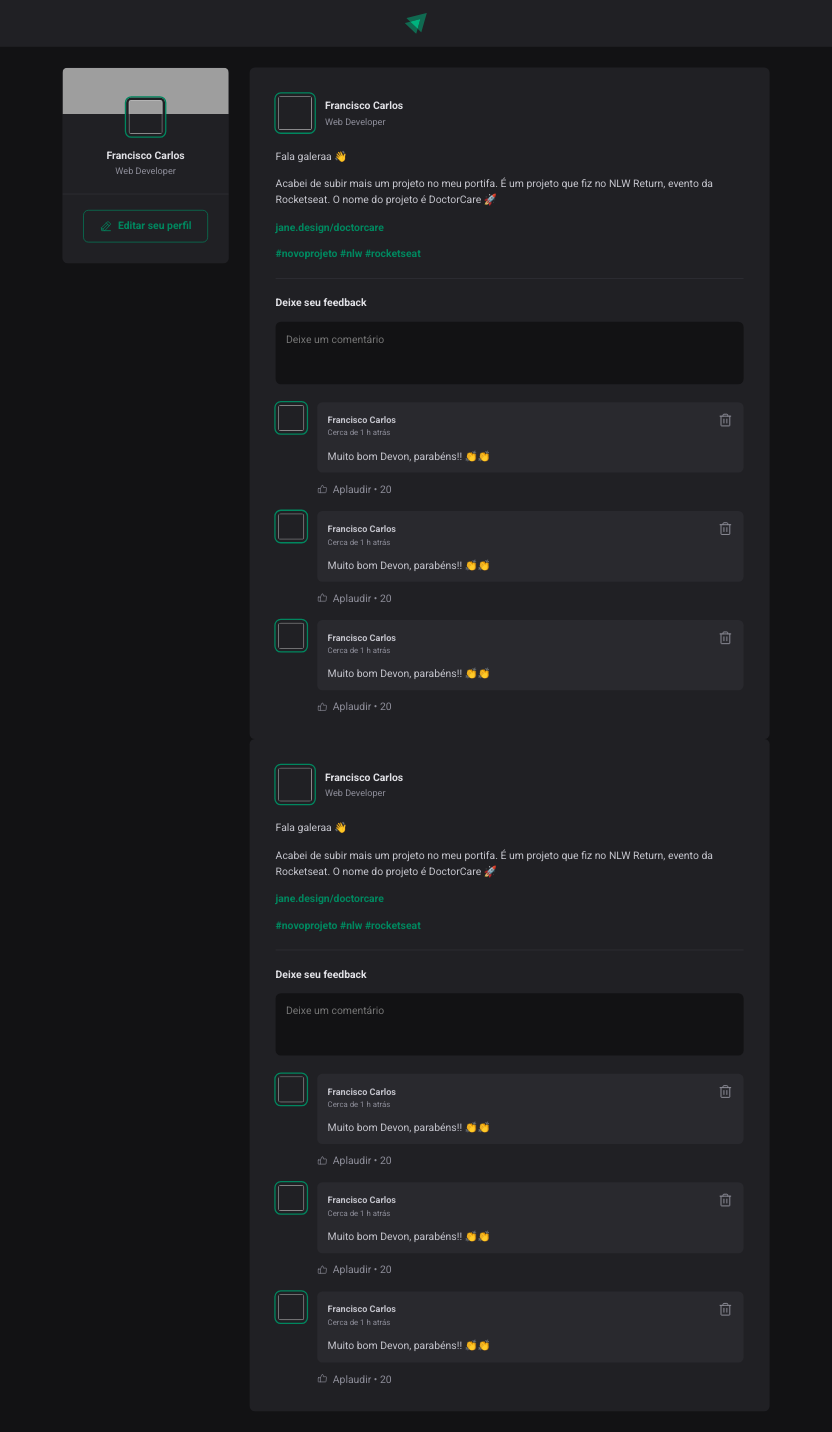
Repository: ch1coon/AulasRocketseat
Page: / (app in Ignite/aulas/01-fundamentos-reactjs/)
The author's editor kept a copy of each file at every save. The page is drawn from the files as they stood at one save, then again after the next save.
The browser window is 1280 px wide. The pictures show the whole page, at 65% of full size.
Pictures or frames that could not be fetched are drawn as grey boxes. The project was rebuilt for these pictures with package versions that can differ from the ones it lists, and the page was loaded fresh each time. Also part of the build but not shown: Ignite/aulas/01-fundamentos-reactjs/vite.config.js.

Above is the page before, as saved 2023-08-12 09:30:39.

### Ignite/aulas/01-fundamentos-reactjs/index.html
<!DOCTYPE html>
<html lang="en">
  <head>
    <meta charset="UTF-8" />
    <link rel="preconnect" href="https://fonts.googleapis.com" />
    <link rel="preconnect" href="https://fonts.gstatic.com" crossorigin />

    <link rel="icon" type="image/svg+xml" href="/vite.svg" />
    <meta name="viewport" content="width=device-width, initial-scale=1.0" />

    <link
      href="https://fonts.googleapis.com/css2?family=Roboto:wght@400;700&display=swap"
      rel="stylesheet"
    />
    <title>Vite + React</title>
  </head>
  <body>
    <div id="root"></div>
    <script type="module" src="/src/main.jsx"></script>
  </body>
</html>

### Ignite/aulas/01-fundamentos-reactjs/src/App.jsx
import { Post } from "./components/Post";
import { Header } from "./components/Header";
import { Sidebar } from "./components/Sidebar";

import styles from "./App.module.css";

import "./global.css";

export function App() {
  return (
    <div>
      <Header />

      <div className={styles.wrapper}>
        <Sidebar/>
        <main>
          <Post
            author="Diego Fernandes"
            content="Lorem ipsum dolor sit amet consectetur adipisicing elit. Rerum dolorem fuga odio voluptas voluptate rem dolores earum culpa, voluptatibus id nisi, qui, quae tempore quas facilis numquam blanditiis modi autem."
          />
          <Post
            author="Gabriel Guzzi"
            content="Lorem ipsum dolor sit amet consectetur adipisicing elit. Rerum dolorem fuga odio voluptas voluptate rem dolores earum culpa, voluptatibus id nisi, qui, quae tempore quas facilis numquam blanditiis modi autem."
          />
        </main>
      </div>
    </div>
  );
}

### Ignite/aulas/01-fundamentos-reactjs/src/components/Post.jsx
import { Avatar } from "./Avatar";
import { Comment } from "./Comment";
import styles from "./Post.module.css";

export function Post() {
  return (
    <article className={styles.post}>
      <header>
        <div className={styles.author}>
          <Avatar src="https://github.com/ch1coon.png" />
          <div className={styles.authorInfo}>
            <strong>Francisco Carlos</strong>
            <span>Web Developer</span>
          </div>
        </div>

        <time title="11 de Maio às 08:51" dateTime="2023-07-26 08:49:38"></time>
      </header>

      <div className={styles.content}>
        <p>Fala galeraa 👋</p>

        <p>
          Acabei de subir mais um projeto no meu portifa. É um projeto que fiz
          no NLW Return, evento da Rocketseat. O nome do projeto é DoctorCare 🚀
        </p>

        <p>
          <a href="">jane.design/doctorcare</a>
        </p>

        <p>
          <a href="">#novoprojeto</a> <a href="">#nlw</a>{" "}
          <a href="">#rocketseat</a>{" "}
        </p>
      </div>

      <form className={styles.commentForm}>
        <strong>Deixe seu feedback</strong>
        <textarea placeholder="Deixe um comentário" />

        <footer>
          <button type="submit">Publicar</button>
        </footer>
      </form>

      <div className={styles.commentList}>
        <Comment />
        <Comment />
        <Comment />
      </div>
    </article>
  );
}

### Ignite/aulas/01-fundamentos-reactjs/src/components/Header.jsx
import styles from "./Header.module.css";

import igniteLogo from '../assets/Ignite-logo.svg';

export function Header() {
  return (
    <header className={styles.header}>
      <img src={igniteLogo} alt="Logotipo do Ignite" />
    </header>
  );
}

### Ignite/aulas/01-fundamentos-reactjs/src/components/Sidebar.jsx
import { PencilLine } from "phosphor-react";

import styles from "./Sidebar.module.css";
import { Avatar } from "./Avatar";

export function Sidebar() {
  return (
    <aside className={styles.sidebar}>
      <img
        className={styles.cover}
        src="https://images.unsplash.com/photo-1571757767119-68b8dbed8c97?ixlib=rb-4.0.3&ixid=M3wxMjA3fDB8MHxwaG90by1wYWdlfHx8fGVufDB8fHx8fA%3D%3D&auto=format&fit=crop&w=500&q=50"
      />
      <div className={styles.profile}>
        <Avatar src="https://github.com/ch1coon.png" />
        <strong> Francisco Carlos</strong>
        <span>Web Developer</span>
      </div>

      <footer>
        <a href="#">
          <PencilLine size={20} />
          Editar seu perfil
        </a>
      </footer>
    </aside>
  );
}

### Ignite/aulas/01-fundamentos-reactjs/src/App.module.css
.wrapper {
    max-width: 70rem;
    margin: 2rem auto;
    padding: 0 1rem;

    display: grid;
    grid-template-columns: 256px 1fr;
    gap: 2rem;
    align-items: flex-start;

}

### Ignite/aulas/01-fundamentos-reactjs/src/global.css
:root {
  --white: #fff;
  --gray-100: #e1e1e6;
  --gray-300: #c4c4cc;
  --gray-400: #8d8d99;
  --gray-600: #323238;
  --gray-700: #29292e;
  --gray-800: #202024;
  --gray-900: #121214;

  --green-300: #00837e;
  --green-500: #00875f;

  --red-500: #f75a68;
}

:focus {
  outline: transparent;
  box-shadow: 0 0 0 2px var(--green-500);
}

* {
  margin: 0;
  padding: 0;
  box-sizing: border-box;
}

body {
  background: var(--gray-900);
  color: var(--gray-300);
  -webkit-font-smoothing: antialiased;
}

body,
input,
textarea,
button {
  font-family: "Roboto", sans-serif;
  font-weight: 400;
  font-size: 1rem;
}

### Ignite/aulas/01-fundamentos-reactjs/src/components/Avatar.jsx
import styles from "./Avatar.module.css";

export function Avatar(props) {
  const hasBorder = props.hasBorder != false;

  return (
    <img
      className={hasBorder ? styles.avatarWithBorder : styles.avatar}
      src={props.source}
    />
  );
}

### Ignite/aulas/01-fundamentos-reactjs/src/components/Comment.jsx
import { Avatar } from "./Avatar";
import styles from "./Comment.module.css";
import { ThumbsUp, Trash } from "phosphor-react";

export function Comment() {
  return (
    <div className={styles.comment}>
      <Avatar src="https://github.com/ch1coon.png" />

      <div className={styles.commentBox}>
        <div className={styles.commentContent}>
          <header>
            <div className={styles.authorAndTime}>
              <strong>Francisco Carlos</strong>
              <time title="11 de Maio às 08:51" dateTime="2023-07-26 08:49:38">
                Cerca de 1 h atrás
              </time>
            </div>
            <button title="Deletar comentário">
              <Trash size={24} />
            </button>
          </header>

          <p>Muito bom Devon, parabéns!! 👏👏</p>
        </div>
        <footer>
          <button>
            <ThumbsUp />
            Aplaudir <span>20</span>
          </button>
        </footer>
      </div>
    </div>
  );
}

### Ignite/aulas/01-fundamentos-reactjs/src/components/Post.module.css
.post {
  background: var(--gray-800);
  border-radius: 8px;
  padding: 2.5rem;
}

.post + post {
  margin-top: 2rem;
}

.content {
  line-height: 1.6;
  color: var(--gray-300);
  margin-top: 1.5rem;
}

.content p {
  margin-top: 1rem;
}

.content a {
  font-weight: bold;
  color: var(--green-500);
  text-decoration: none;
}

.content a:hover {
  color: var(--green-300);
}

.post > header {
  display: flex;
  align-items: center;
  justify-content: space-between;
}

.post > header time {
  font-size: 0.875rem;
  color: var(--gray-400);
}

.author {
  display: flex;
  align-items: center;
  gap: 1rem;
}

.authorInfo strong {
  display: block;
  color: var(--gray-100);
  line-height: 1.6;
}

.authorInfo span {
  display: block;
  font-size: 0.875rem;
  color: var(--gray-400);
  line-height: 1.6;
}

.commentForm {
  width: 100%;
  margin-top: 1.5rem;
  padding-top: 1.5rem;
  border-top: 1px solid var(--gray-600);
}

.commentForm > strong {
  line-height: 1.6;
  color: var(--gray-100);
}

.commentForm textarea {
  width: 100%;
  background: var(--gray-900);
  border: 0;
  resize: none;
  height: 6rem;
  padding: 1rem;
  border-radius: 8px;
  color: var(--gray-100);
  line-height: 1.4;
  margin-top: 1rem;
}

.commentForm footer {
  visibility: hidden;
  max-height: 0;
}

.commentForm:focus-within footer {
  visibility: visible;
  max-height: none;
}

.commentForm button[type="submit"] {
  padding: 1rem 1.5rem;
  margin-top: 1rem;
  border-radius: 8px;
  border: 0;
  background: var(--green-500);
  color: var(--white);
  font-weight: bold;
  cursor: pointer;
  transition: background-color 0.1s;
}

.commentForm button[type="submit"]:hover {
  background: var(--green-300);
}

### Ignite/aulas/01-fundamentos-reactjs/src/components/Header.module.css
.header {
  background: var(--gray-800);
  display: flex;
  justify-content: center;
  padding: 1.25rem 0 ;
}

.header img {
    height: 2rem;
}

### Ignite/aulas/01-fundamentos-reactjs/src/components/Sidebar.module.css
.sidebar {
  background: var(--gray-800);
  border-radius: 8px;
  overflow: hidden;
}

.cover {
  width: 100%;
  height: 72px;
  object-fit: cover;
}

.profile {
  display: flex;
  flex-direction: column;
  align-items: center;

  margin-top: calc(0px - 1.5rem - 6px);
}

.profile strong {
  margin-top: 1rem;
  color: var(--gray-100);
  line-height: 1.6;
}

.profile span {
  font-size: 0.875rem;
  color: var(--gray-400);
  line-height: 1.6;
}

.sidebar footer {
  border-top: 1px solid var(--gray-600);
  margin-top: 1.5rem;
  padding: 1.5rem 2rem 2rem;
}

.sidebar footer a {
  background: transparent;
  color: var(--green-500);
  border: 1px solid var(--green-500);
  border-radius: 8px;
  height: 50px;
  padding: 0 1.5rem;
  font-weight: bold;
  display: block;
  text-decoration: none;
  display: flex;
  align-items: center;
  justify-content: center;

  gap: 0.5rem;

  transition: color 0.1s, background-color 0.1s;
}

.sidebar footer a:hover {
  background: var(--green-500);
  color: var(--white);
}

### Ignite/aulas/01-fundamentos-reactjs/src/components/Comment.module.css
.comment {
  margin-top: 1.5rem;
  display: flex;
  gap: 1rem;
}

.comment > img {
  width: 3rem;
  height: 3rem;
  border-radius: 8px;
}

.commentBox {
  flex: 1;
}

.commentContent {
  background: var(--gray-700);
  border-radius: 8px;
  padding: 1rem;
}

.commentContent header {
  display: flex;
  align-items: flex-start;
  justify-content: space-between;
}

.authorAndTime strong {
  display: block;
  font-size: 0.875rem;
  line-height: 1.6;
}

.authorAndTime time {
  display: block;
  font-size: 0.75rem;
  line-height: 1.6;
  color: var(--gray-400);
}

.commentContent header button {
  background: transparent;
  border: 0;
  color: var(--gray-400);
  cursor: pointer;
  line-height: 0;
  border-radius: 2px;
}

.commentContent header button:hover {
  color: var(--red-500);
}

.commentContent p {
  margin-top: 1rem;
  color: var(--gray-300);
}

.commentBox footer {
  margin-top: 1rem;
}

.commentBox footer button {
  background: transparent;
  border: 0;
  color: var(--gray-400);
  cursor: pointer;
  display: flex;
  align-items: center;
  border-radius: 2px;
}

.commentBox footer button:hover {
  color: var(--green-300);
}

.commentBox footer button svg {
  margin-right: 0.5rem;
}

.commentBox footer button span::before {
  content: "\2022";
  padding: 0 0.25rem;
}

Loaded but not shown: Ignite/aulas/01-fundamentos-reactjs/src/main.jsx (common file); Ignite/aulas/01-fundamentos-reactjs/src/components/Avatar.module.css (common file)

After the next save:
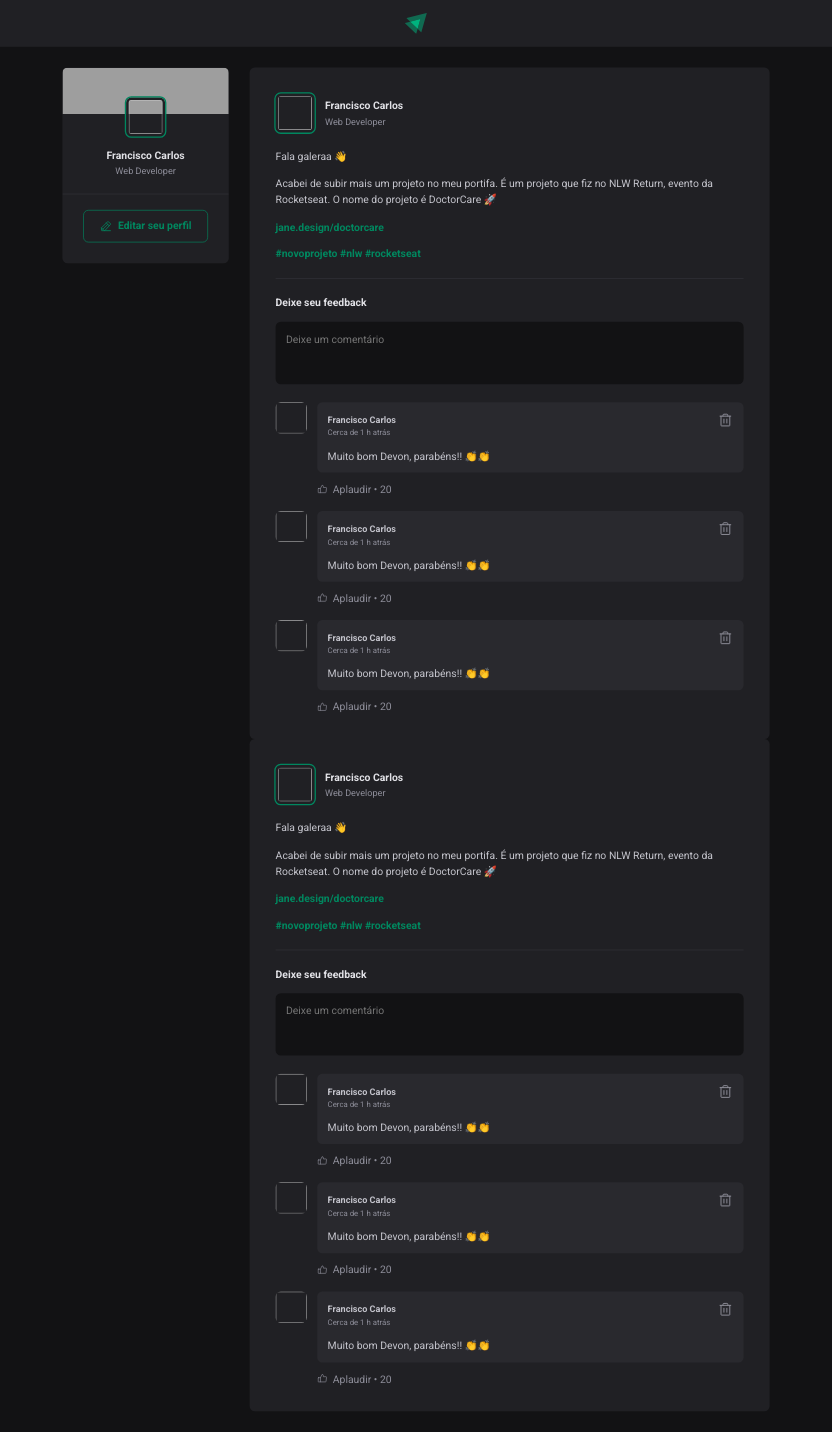
Saved 38 s later.
--- a/Ignite/aulas/01-fundamentos-reactjs/src/components/Comment.jsx
+++ b/Ignite/aulas/01-fundamentos-reactjs/src/components/Comment.jsx
@@ -5,7 +5,7 @@ import { ThumbsUp, Trash } from "phosphor-react";
 export function Comment() {
   return (
     <div className={styles.comment}>
-      <Avatar src="https://github.com/ch1coon.png" />
+      <Avatar hasBorder={false} src="https://github.com/ch1coon.png" />
 
       <div className={styles.commentBox}>
         <div className={styles.commentContent}>
